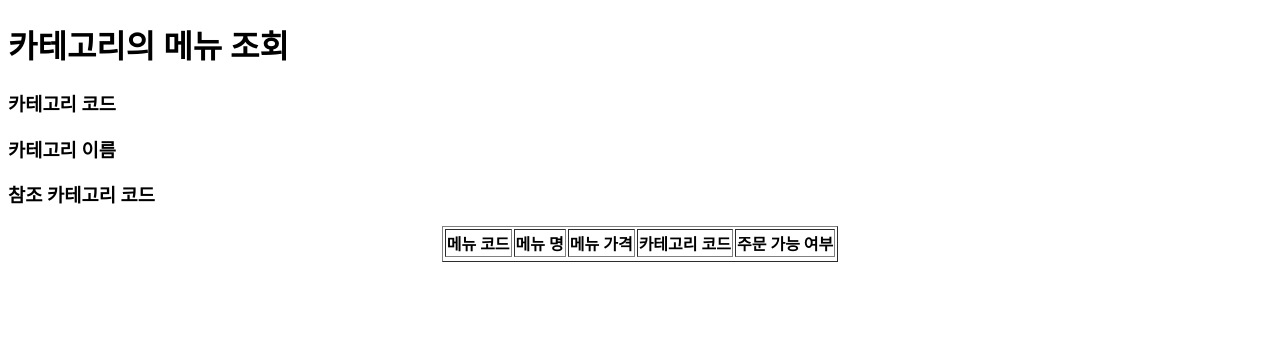
Repository: DaeyeonKim97/Menu-MVC
Page: http://localhost/menu-mvc-mybatis/WEB-INF/views/menu/categoryMenuList.jsp
These files come from the project's save history. The page is drawn as it stood at one moment and after the next save; the edit follows.
The browser window is 1280 px wide. The pictures show the whole page.
The page is served by Tomcat 9. Nobody is signed in. Other server files are loaded and not shown. The template is opened directly, without the code that normally fills it, so the values that code supplies are empty.

Above is the page before, as saved 2022-08-13 08:43:20.

### menu-mvc-mybatis/src/main/webapp/WEB-INF/views/menu/categoryMenuList.jsp
<%@ page language="java" contentType="text/html; charset=UTF-8"
    pageEncoding="UTF-8"%>
<%@ taglib prefix="c" uri="http://java.sun.com/jsp/jstl/core" %>
<!DOCTYPE html>
<html>
<head>
<meta charset="UTF-8">
<title>Menu List</title>
</head>
<body>
	<h1>카테고리의 메뉴 조회</h1>
	<h3>카테고리 코드</h3>
	${ requestScope.categoryWithMenu.code }
	<h3>카테고리 이름</h3>
	${ requestScope.categoryWithMenu.name }
	<h3>참조 카테고리 코드</h3>
	${ requestScope.categoryWithMenu.refCategorycode }
	<table align="center" border="1">
		<tr>
			<th>메뉴 코드</th>
			<th>메뉴 명</th>
			<th>메뉴 가격</th>
			<th>카테고리 코드</th>
			<th>주문 가능 여부</th>
		<tr>
		<c:forEach items="${requestScope.categoryWithMenu.menuList}" var="menu">
		<tr>
			<td>${ menu.code }</td>
			<td>${ menu.name }</td>
			<td>${ menu.price }</td>
			<td>${ menu.categoryCode }</td>
			<td>${ menu.orderableStatus }</td>
		</tr>
		</c:forEach>
	</table>
</body>

After the next save:
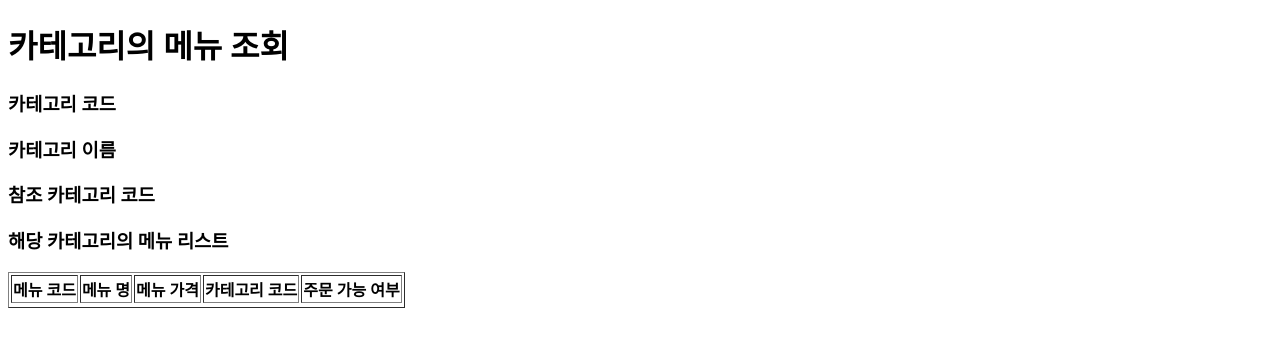
Saved 32 s later.
--- a/menu-mvc-mybatis/src/main/webapp/WEB-INF/views/menu/categoryMenuList.jsp
+++ b/menu-mvc-mybatis/src/main/webapp/WEB-INF/views/menu/categoryMenuList.jsp
@@ -15,7 +15,8 @@
 	${ requestScope.categoryWithMenu.name }
 	<h3>참조 카테고리 코드</h3>
 	${ requestScope.categoryWithMenu.refCategorycode }
-	<table align="center" border="1">
+	<h3>해당 카테고리의 메뉴 리스트</h3>
+	<table border="1">
 		<tr>
 			<th>메뉴 코드</th>
 			<th>메뉴 명</th>
